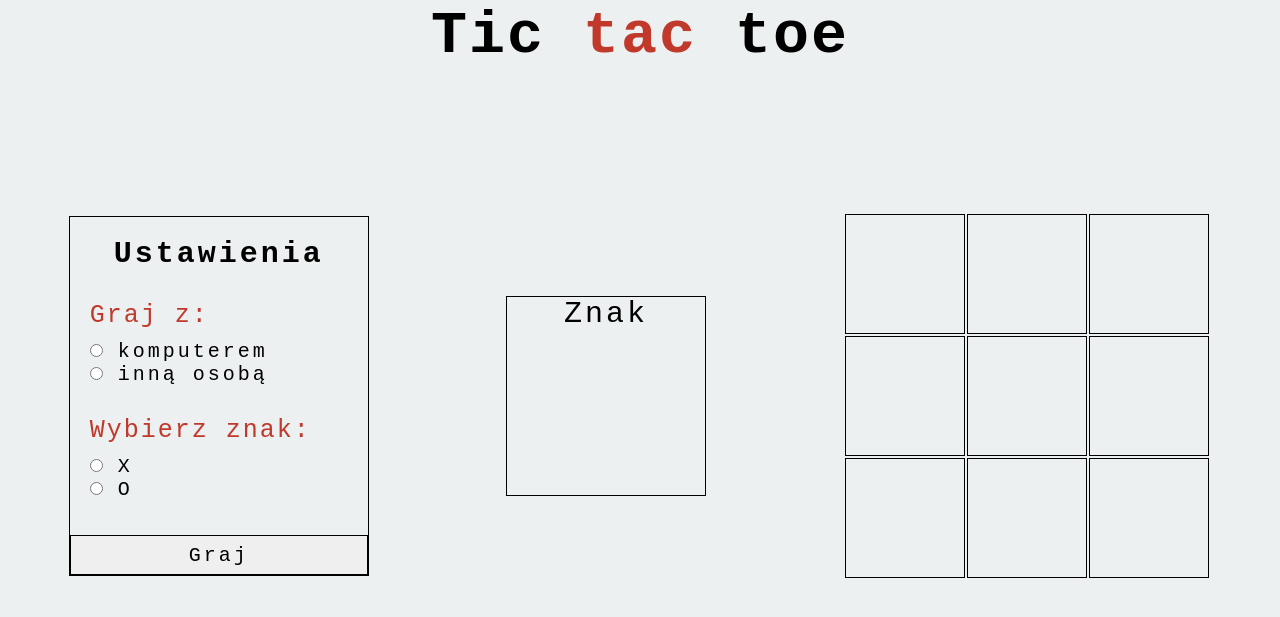
Repository: SebastianArmata22/Tic-Tac-Toe
Page: index.html
The author's editor kept a copy of each file at every save. The page is drawn from the files as they stood at one save, then again after the next save.
The browser window is 1280 px wide. The pictures show the whole page.
Some web fonts or font styles are not loaded; a fallback is used.

Above is the page before, as saved 2020-11-04 12:49:43.

### index.html
<!DOCTYPE html>
<html>
    <head>
        <meta charset="utf-8">
        <meta http-equiv="X-UA-Compatible" content="IE=edge">
        <title></title>
        <meta name="description" content="">
        <meta name="viewport" content="width=device-width, initial-scale=1">
        <link rel="stylesheet" href="style.css">
    </head>
    <body>
        <div class="inscription">
            <h1>Tic <span>tac</span> toe</h1>
        </div>
        <div class="main-content">
            <div class="settings-div">
                <h2>Ustawienia</h2>
                <div class="choice">
                    <p>Graj z:</p>
                    <label><input type="radio" name="player" id="checkComputer" onclick="showSign()"> komputerem</label> </br>
                    <label><input type="radio" name="player" id="checkPlayer"  onclick="notDisplaySign()">  inną osobą</label>

                </div>
                <div class="choice" id="choiceSign">
                    <p>Wybierz znak:</p>
                    <label><input type="radio" name="sign" id="signX" onclick="showSigninHelp()"> X</label></br>
                    <label><input type="radio" name="sign" id="signO" onclick="showSigninHelp()"> O</label>
                </div>
                <button class="game-btn" onclick="start()">Graj</button>
            </div>
            <div class="help-div">
                <p>Znak</p>
                <h1 id="sign"></h1>
            </div>
            <div class="tic-tac-toe-div">
                <table>
                    <tr>
                        <th class="" id="1" onclick="choiceSquare(this)"><p></p></th>
                        <th id="2" onclick="choiceSquare(this)"><p></p></th>
                        <th id="3" onclick="choiceSquare(this)"><p></p></th>
                    </tr>
                    <tr>
                        <th id="4"  onclick="choiceSquare(this)"><p></p></th>
                        <th id="5"  onclick="choiceSquare(this)"><p></p></th>
                        <th id="6"  onclick="choiceSquare(this)"><p></p></th>
                    </tr>
                    <tr>
                        <th id="7"  onclick="choiceSquare(this)"><p></p></th>
                        <th id="8"  onclick="choiceSquare(this)"><p></p></th>
                        <th id="9"  onclick="choiceSquare(this)"><p></p></th>
                    </tr>
                </table>

            </div>
        </div>

        <script src="script.js" ></script>
    </body>
</html>

### style.css
@import url('https://fonts.googleapis.com/css2?family=Syne+Mono&display=swap');
*{
    margin: 0;
    padding: 0;
    box-sizing: border-box;
    font-family: 'Syne Mono', monospace;
}
.inscription{
    height: 10vh;
    display: flex;
    align-items: center;
    justify-content: center;
    font-size: 30px;
    background-color: #ecf0f1;
    letter-spacing: 2px;
}
.inscription span{
    color: #c0392b;
}
.main-content{
    display: flex;
    justify-content:space-around;
    align-items: center;
    min-height: 90vh;
    flex-wrap: wrap;
    background-color: #ecf0f1;

}

th{
border: 1px solid black;
height: 120px;
width: 120px;

}

th:hover{
background-color: #c0392b;
border: 3px solid #c0392b;
transition: all 0.5s ease-out;
}
.tic-tac-toe-div th{
    font-size: 70px;

}

.settings-div{
    height: 360px;
    position: relative;
    border: 1px solid black;
    width: 300px;
    padding: 20px;
}
.settings-div h2{
    text-align: center;
    letter-spacing: 3px;
    font-size: 30px;
}
.game-btn{
    position: absolute;
    bottom: 0;
    left: 0;
    width: 100%;
    border-style: none;
    height: 40px;
    font-size: 20px;
    letter-spacing: 3px;
    color: black;
    border: 1px solid black;
    cursor: pointer;
}
.game-btn:hover{
    background-color: black;
    color: #bdc3c7;
    transition: all 0.5s ease-out;
}
.choice{
    margin-top: 30px;
}
.choice p{
    font-size: 25px;
    letter-spacing: 2px;
    margin-bottom: 10px;
    color: #c0392b;
}
.choice label{
    font-size: 20px;
    letter-spacing: 3px;
}
.help-div{
    width: 200px;
    height: 200px;
    border: 1px solid black;
}
.help-div p{
    text-align: center;
    font-size: 30px;
    letter-spacing: 3px;
}
.help-div h1{
    display: flex;
    color: #c0392b;
    font-size: 100px;
    align-items: center;
    justify-content: center;
}

### script.js
const checkComputer= document.getElementById("checkComputer");
const checkPlayer= document.getElementById("checkPlayer");
const checkX= document.getElementById("signX");
const checkO= document.getElementById("signO");
const all_th = document.getElementsByTagName("th");
const choiceSign=document.getElementById("choiceSign");
const sign=document.getElementById("sign");
const signX='x';
const signO='o';
let presentSign;

function unchecked(){
    checkComputer.checked=false;
    checkPlayer.checked=false;
    checkX.checked=false;
    checkO.checked=false;
}
unchecked();

function start(){
    if(checkComputer.checked){
        gameWithComputer();
    }else if(checkPlayer.checked){
        gameWithPlayer();
    }
}

function choiceSquare(square){
    console.log(square.value);
square.innerHTML=presentSign;
if(presentSign==signX){
    presentSign=signO;
}
else{
    presentSign=signX;
}
sign.innerHTML=presentSign;
}
function cleanBoard(){
    for(i=0;i<9;i++){
        all_th[i].innerHTML="";
    }
}
function gameWithPlayer(){
cleanBoard();
presentSign=signX;
sign.innerHTML=presentSign;
}

function showSign(){
    choiceSign.style.display="block";
}

function showSigninHelp(){
    if(checkX.checked){
    sign.innerHTML='x';
    }else if(checkO.checked)
    sign.innerHTML='o';
}
function notDisplaySign(){
    choiceSign.style.display="none";
    sign.innerHTML="";
}

After the next save:
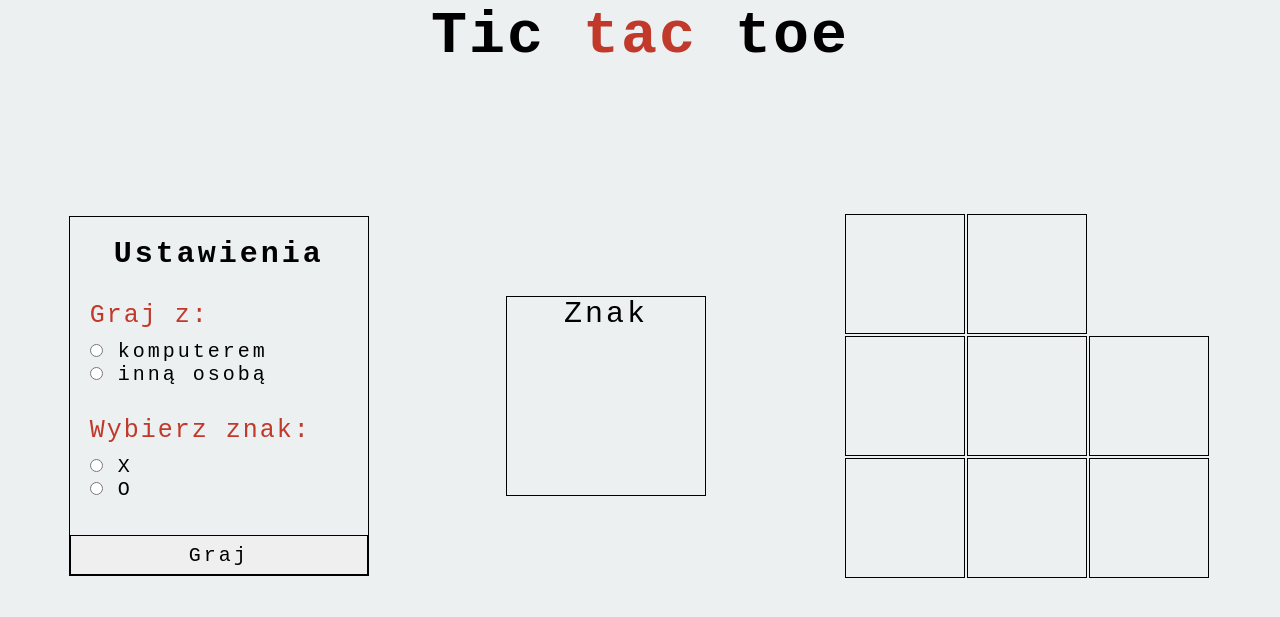
Console error (its wording comes from the project's code and is left out).
Saved 56 s later.
--- a/index.html
+++ b/index.html
@@ -35,8 +35,8 @@
             <div class="tic-tac-toe-div">
                 <table>
                     <tr>
-                        <th class="" id="1" onclick="choiceSquare(this)"><p></p></th>
-                        <th id="2" onclick="choiceSquare(this)"><p></p></th>
+                        <th class="" id="1" onclick="choiceSquare(this)"></th>
+                        <th id="2" onclick="choiceSquare(this</th>
                         <th id="3" onclick="choiceSquare(this)"><p></p></th>
                     </tr>
                     <tr>

After the save that followed:
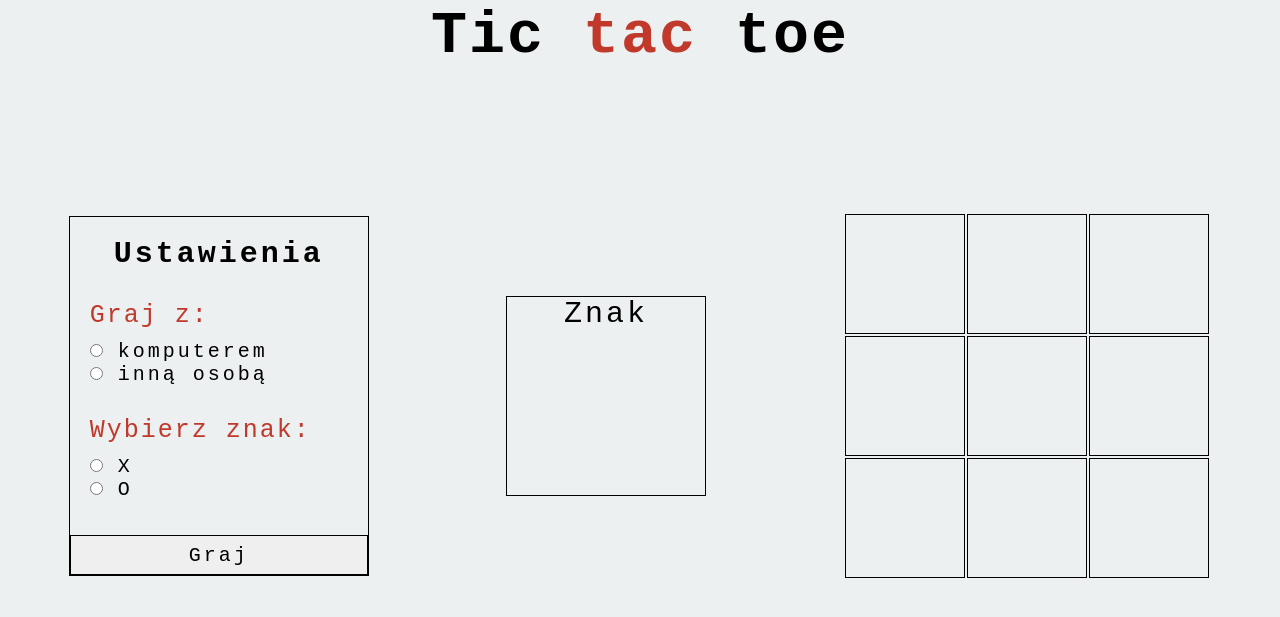
The error is gone.
Saved 10 s later.
--- a/index.html
+++ b/index.html
@@ -36,7 +36,7 @@
                 <table>
                     <tr>
                         <th class="" id="1" onclick="choiceSquare(this)"></th>
-                        <th id="2" onclick="choiceSquare(this</th>
+                        <th id="2" onclick="choiceSquare(this)"></th>
                         <th id="3" onclick="choiceSquare(this)"><p></p></th>
                     </tr>
                     <tr>
